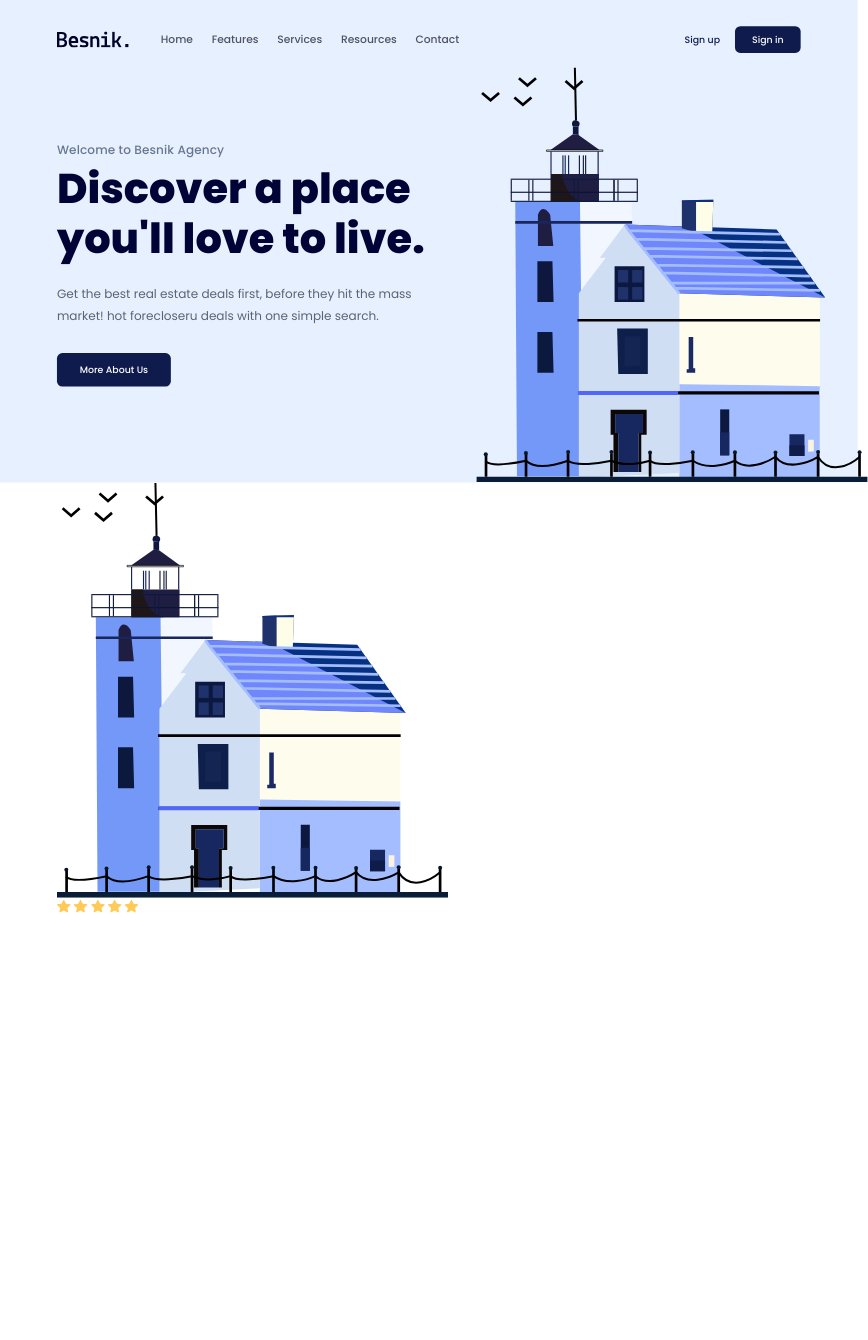
Repository: datvu1608/dv-htmlcss-01
Page: index.html
An editor plug-in stored every save of this project. The page is shown before and after the next save, followed by the edit.
The browser window is 1280 px wide. The page is 1295 px wide, so the pictures cover 1295 px, including what lies to the right of the window. The pictures show the whole page, at 67% of full size.

Above is the page before, as saved 2023-06-02 09:41:37.

### index.html
<!DOCTYPE html>
<html lang="en">
  <head>
    <meta charset="UTF-8" />
    <meta http-equiv="X-UA-Compatible" content="IE=edge" />
    <meta name="viewport" content="width=device-width, initial-scale=1.0" />
    <title>Project 1</title>
    <link rel="stylesheet" href="./assets/css/reset.css" />
    <link rel="stylesheet" href="./assets/fonts/stylesheet.css" />
    <link rel="stylesheet" href="./assets/css/style.css" />
  </head>
  <body>
    <main style="height: 2000px">
      <!-- Header -->
      <header class="header">
        <div class="content">
          <nav class="navbar">
            <!-- logo -->
            <img src="./assets/img/Logo.svg" alt="Besnik" />
            <!-- navigation -->
            <ul>
              <li><a href="#!">Home</a></li>
              <li><a href="#!">Features</a></li>
              <li><a href="#!">Services</a></li>
              <li><a href="#!">Resources</a></li>
              <li><a href="#!">Contact</a></li>
            </ul>
            <!-- action -->
            <div class="actions">
              <a href="#!" class="action-link">Sign up</a>
              <a href="#!" class="btn action-btn">Sign in</a>
            </div>
          </nav>
          <div class="hero">
            <div class="info">
              <p class="sub-title">Welcome to Besnik Agency</p>
              <h1 class="title">Discover a place you'll love to live.</h1>
              <p class="desc">
                Get the best real estate deals first, before they hit the mass
                market! hot forecloseru deals with one simple search.
              </p>
              <a href="#!" class="btn hero-cta">More About Us</a>
            </div>
            <img src="./assets/img/hero-img.svg" alt="" class="hero-img" />
          </div>
        </div>
      </header>

      <!-- Client -->
      <div class="client">
        <div class="content">
          <div class="row">
            <!-- logo -->
            <img src="./assets/img/hero-img.svg" alt="Besnik" />
            <!-- Stars -->
            <div class="stars">
              <img src="./assets/img/star.svg" alt="star" />
              <img src="./assets/img/star.svg" alt="star" />
              <img src="./assets/img/star.svg" alt="star" />
              <img src="./assets/img/star.svg" alt="star" />
              <img src="./assets/img/star.svg" alt="star" />
            </div>
          </div>
        </div>
      </div>
    </main>
  </body>
</html>

### assets/fonts/stylesheet.css
/* ============ Poppins =================== */
@font-face {
  font-family: 'Poppins';
  src: url('Poppins-BlackItalic.woff2') format('woff2'),
    url('Poppins-BlackItalic.woff') format('woff');
  font-weight: 900;
  font-style: italic;
  font-display: swap;
}

@font-face {
  font-family: 'Poppins';
  src: url('Poppins-Bold.woff2') format('woff2'),
    url('Poppins-Bold.woff') format('woff');
  font-weight: bold;
  font-style: normal;
  font-display: swap;
}

@font-face {
  font-family: 'Poppins';
  src: url('Poppins-Black.woff2') format('woff2'),
    url('Poppins-Black.woff') format('woff');
  font-weight: 900;
  font-style: normal;
  font-display: swap;
}

@font-face {
  font-family: 'Poppins';
  src: url('Poppins-BoldItalic.woff2') format('woff2'),
    url('Poppins-BoldItalic.woff') format('woff');
  font-weight: bold;
  font-style: italic;
  font-display: swap;
}

@font-face {
  font-family: 'Poppins';
  src: url('Poppins-ExtraBoldItalic.woff2') format('woff2'),
    url('Poppins-ExtraBoldItalic.woff') format('woff');
  font-weight: bold;
  font-style: italic;
  font-display: swap;
}

@font-face {
  font-family: 'Poppins';
  src: url('Poppins-ExtraLightItalic.woff2') format('woff2'),
    url('Poppins-ExtraLightItalic.woff') format('woff');
  font-weight: 200;
  font-style: italic;
  font-display: swap;
}

@font-face {
  font-family: 'Poppins';
  src: url('Poppins-LightItalic.woff2') format('woff2'),
    url('Poppins-LightItalic.woff') format('woff');
  font-weight: 300;
  font-style: italic;
  font-display: swap;
}

@font-face {
  font-family: 'Poppins';
  src: url('Poppins-ExtraBold.woff2') format('woff2'),
    url('Poppins-ExtraBold.woff') format('woff');
  font-weight: bold;
  font-style: normal;
  font-display: swap;
}

@font-face {
  font-family: 'Poppins';
  src: url('Poppins-Italic.woff2') format('woff2'),
    url('Poppins-Italic.woff') format('woff');
  font-weight: normal;
  font-style: italic;
  font-display: swap;
}

@font-face {
  font-family: 'Poppins';
  src: url('Poppins-Light.woff2') format('woff2'),
    url('Poppins-Light.woff') format('woff');
  font-weight: 300;
  font-style: normal;
  font-display: swap;
}

@font-face {
  font-family: 'Poppins';
  src: url('Poppins-ExtraLight.woff2') format('woff2'),
    url('Poppins-ExtraLight.woff') format('woff');
  font-weight: 200;
  font-style: normal;
  font-display: swap;
}

@font-face {
  font-family: 'Poppins';
  src: url('Poppins-Medium.woff2') format('woff2'),
    url('Poppins-Medium.woff') format('woff');
  font-weight: 500;
  font-style: normal;
  font-display: swap;
}

@font-face {
  font-family: 'Poppins';
  src: url('Poppins-Regular.woff2') format('woff2'),
    url('Poppins-Regular.woff') format('woff');
  font-weight: normal;
  font-style: normal;
  font-display: swap;
}

@font-face {
  font-family: 'Poppins';
  src: url('Poppins-SemiBold.woff2') format('woff2'),
    url('Poppins-SemiBold.woff') format('woff');
  font-weight: 600;
  font-style: normal;
  font-display: swap;
}

@font-face {
  font-family: 'Poppins';
  src: url('Poppins-ThinItalic.woff2') format('woff2'),
    url('Poppins-ThinItalic.woff') format('woff');
  font-weight: 100;
  font-style: italic;
  font-display: swap;
}

@font-face {
  font-family: 'Poppins';
  src: url('Poppins-MediumItalic.woff2') format('woff2'),
    url('Poppins-MediumItalic.woff') format('woff');
  font-weight: 500;
  font-style: italic;
  font-display: swap;
}

@font-face {
  font-family: 'Poppins';
  src: url('Poppins-Thin.woff2') format('woff2'),
    url('Poppins-Thin.woff') format('woff');
  font-weight: 100;
  font-style: normal;
  font-display: swap;
}

@font-face {
  font-family: 'Poppins';
  src: url('Poppins-SemiBoldItalic.woff2') format('woff2'),
    url('Poppins-SemiBoldItalic.woff') format('woff');
  font-weight: 600;
  font-style: italic;
  font-display: swap;
}
/* ============ Poppins =================== */

### assets/css/style.css
* {
  box-sizing: border-box;
}
html {
  font-size: 62.5%;
}
body {
  font-size: 1.6rem;
  font-family: 'Poppins', sans-serif;
}

/* Common */
:root {
  --primary-color: #0f1b4c;
}
a {
  text-decoration: none;
}
.content {
  width: 1110px;
  max-width: calc(100% - 48px);
  margin-left: auto;
  margin-right: auto;
}
.btn {
  display: inline-block;
  padding: 18px 16px;
  min-width: 98px;
  background: var(--primary-color);
  border-radius: 8px;
  font-weight: 500;
  font-size: 1.4rem;
  text-align: center;
  color: #fff;
}
.btn:hover {
  opacity: 0.9;
}
/* Header */
.header {
  position: relative;
  height: 100vh;
  background: #e6f0ff;
}

.navbar {
  display: flex;
  align-items: center;
  padding-top: 38px;
}

.navbar ul {
  display: flex;
  margin-left: 18px;
  padding: 13px 16px;
}

.navbar .actions {
  margin-left: auto;
}
.navbar ul a {
  font-weight: 500;
  font-size: 1s4rem;
  color: #4f5361;
  padding: 8px 1.4rem;
}
.navbar ul a:hover {
  text-decoration: underline;
}
.navbar .action-link {
  font-size: 1.4rem;
  color: var(--primary-color);
  font-weight: 500;
}
.navbar .action-btn {
  padding: 13px 16px;
  margin-left: 18px;
}
/* hero */
.hero {
  margin-top: 130px;
}
.hero .info {
  max-width: 51%;
}
.hero .sub-title {
  font-weight: 500;
  font-size: 1.8rem;
  line-height: 1.5;
  letter-spacing: 0.01em;
  color: #687690;
}
.hero .title {
  margin-top: 8px;
  font-weight: 700;
  font-size: 6.2rem;
  line-height: 1.19;
  color: #000336;
}
.hero .desc {
  margin-top: 30px;
  font-weight: 400;
  font-size: 1.8rem;
  line-height: 1.78;
  color: #5a6473;
}

.hero-cta {
  min-width: 170px;
  margin-top: 40px;
}
.hero-img {
  position: absolute;
  right: calc((100vw - 1110px) / 2 - 100px);
  bottom: 0px;
}

Loaded but not shown: assets/css/reset.css (common file)

After the next save:
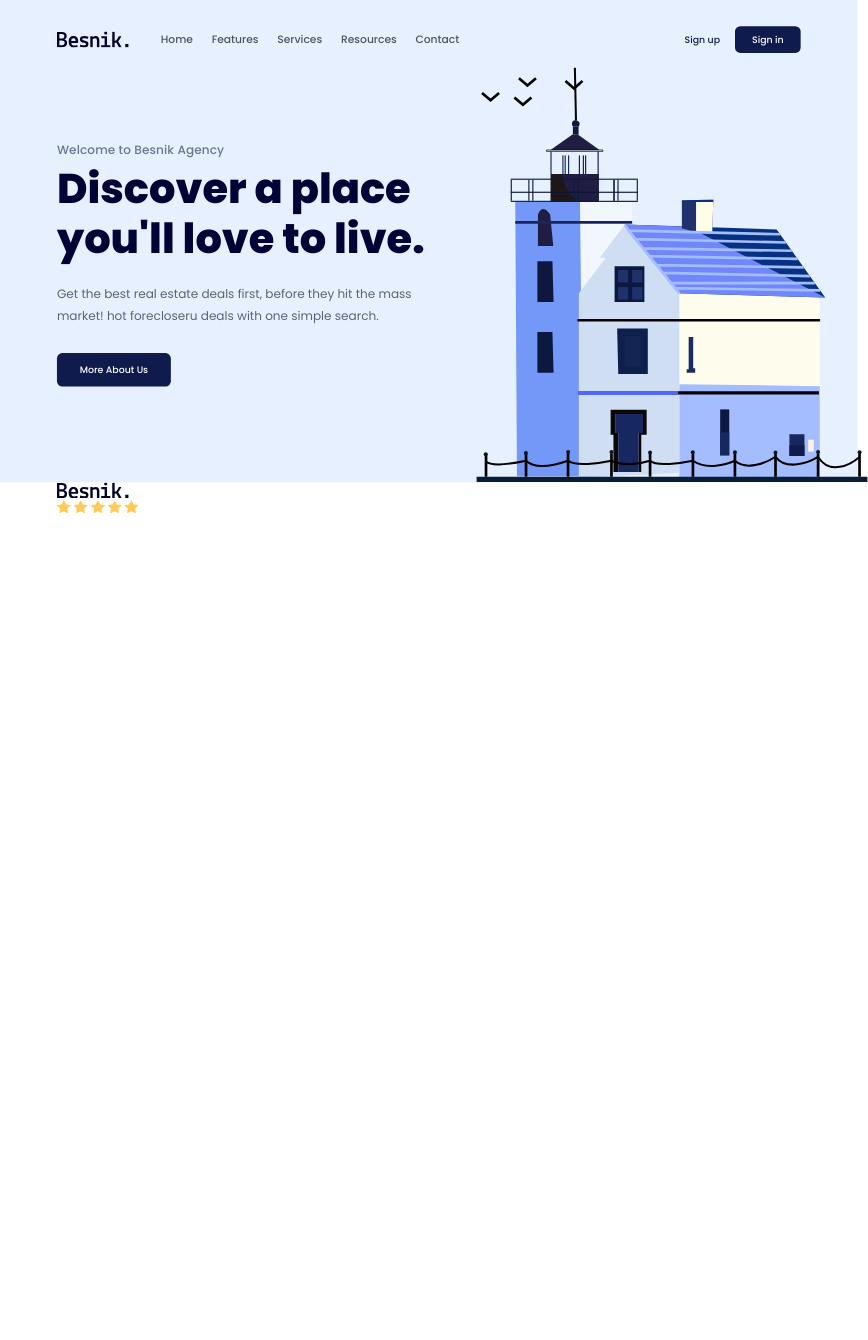
Saved 17 s later.
--- a/index.html
+++ b/index.html
@@ -51,7 +51,7 @@
         <div class="content">
           <div class="row">
             <!-- logo -->
-            <img src="./assets/img/hero-img.svg" alt="Besnik" />
+            <img src="./assets/img/Logo.svg" alt="Besnik" />
             <!-- Stars -->
             <div class="stars">
               <img src="./assets/img/star.svg" alt="star" />
